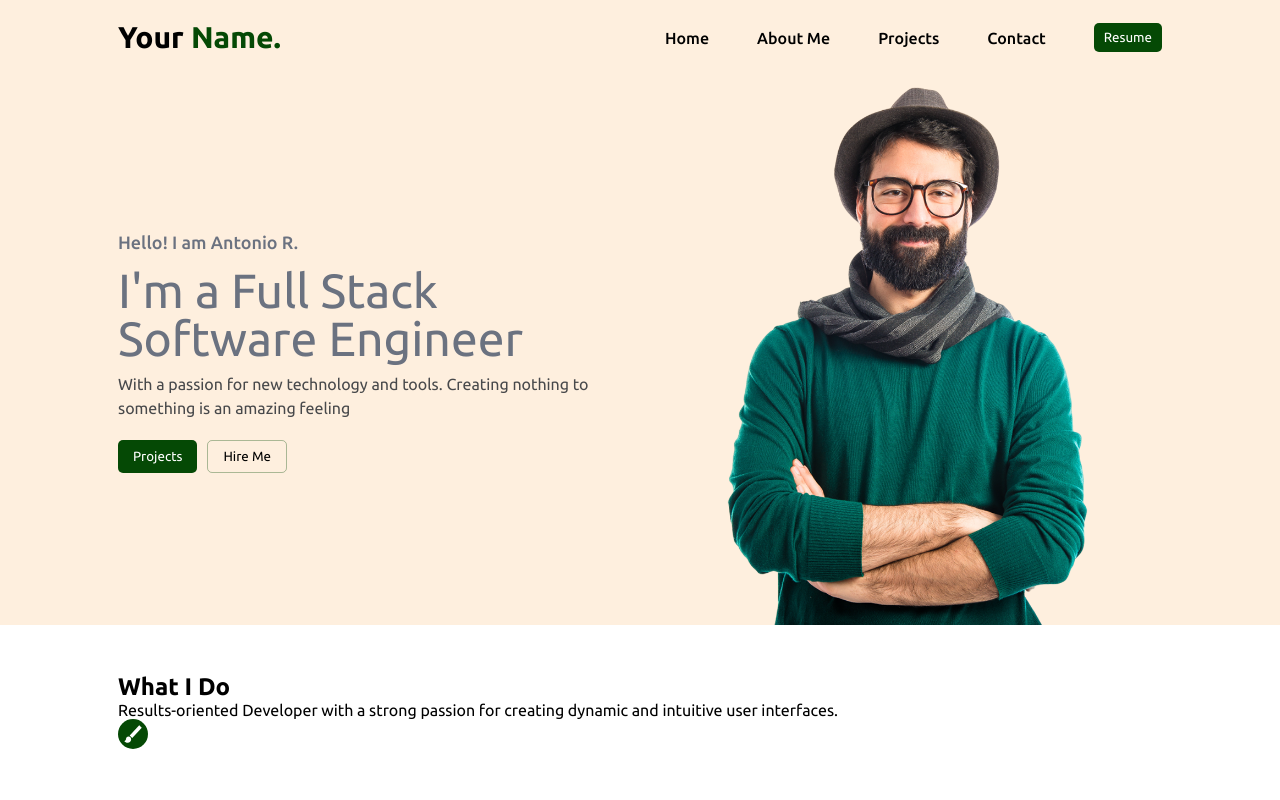
Repository: DevAntonioRogers/vanilla-portfolio
Page: index.html
The author's editor kept a copy of each file at every save. The page is drawn from the files as they stood at one save, then again after the next save.
The browser window is 1280 px wide. The pictures show the whole page.

Above is the page before, as saved 2023-07-14 22:43:30.

### index.html
<!DOCTYPE html>
<html lang="en">
  <head>
    <meta charset="UTF-8" />
    <meta name="viewport" content="width=device-width, initial-scale=1.0" />
    <link rel="stylesheet" href="style.css" />
    <script type="module" src="https://unpkg.com/ionicons@7.1.0/dist/ionicons/ionicons.esm.js"></script>
    <script nomodule src="https://unpkg.com/ionicons@7.1.0/dist/ionicons/ionicons.js"></script>
    <title>Antonio Rogers</title>
  </head>
  <body>
    <nav>
      <div class="container navbar">
        <a href="/" aria-label="Home">
          <h1>Your <span>Name.</span></h1></a
        >
        <ul>
          <li>
            <a href="/" aria-label="Home">Home</a>
          </li>
          <li>
            <a href="/" aria-label="About Me">About Me</a>
          </li>
          <li>
            <a href="/" aria-label="Projects">Projects</a>
          </li>
          <li>
            <a href="/" aria-label="Contact">Contact</a>
          </li>
          <li>
            <a href="/resume.pdf" download aria-label="Download Resume">
              <button class="navbar-button">Resume</button>
            </a>
          </li>
        </ul>
      </div>
    </nav>

    <section class="hero">
      <div class="container hero-container">
        <div class="hero-info">
          <h4>Hello! I am Antonio R.</h4>
          <h1>I'm a Full Stack Software Engineer</h1>
          <p>With a passion for new technology and tools. Creating nothing to something is an amazing feeling</p>

          <div class="hero-btn-container">
            <button>Projects</button>
            <button>Hire Me</button>
          </div>
        </div>

        <div class="hero-image-container">
          <img src="hero.png" alt="" />
        </div>
      </div>
    </section>

    <section class="skills">
      <div class="container skills-container">
        <div class="skills-heading">
          <h2>What I Do</h2>
          <p>
            Results-oriented Developer with a strong passion for creating dynamic and
            <span>intuitive user interfaces</span>.
          </p>
        </div>

        <div>
          <div>
            <ion-icon name="brush-sharp"></ion-icon>
          </div>
        </div>
      </div>
    </section>
  </body>
</html>

### style.css
@import url("https://fonts.googleapis.com/css2?family=Ubuntu:wght@300;400;500;700&display=swap");

* {
  box-sizing: border-box;
  padding: 0;
  margin: 0;
  font-family: "Ubuntu", sans-serif;
}

a {
  text-decoration: none;
  color: inherit;
}

li {
  list-style: none;
}

.container {
  width: 89%;
  margin: auto;
  max-width: 1044px;
}

ion-icon {
  background-color: rgb(5, 73, 5);
  padding: 5px;
  font-size: 20px;
  color: white;
  border-radius: 50px;
}

/* NAVBAR STYLING */

nav {
  background: #feefde;
  padding: 20px 0;
}

.navbar {
  display: flex;
  justify-content: space-between;
  align-items: center;
}

.navbar h1 {
  font-size: 30px;
  font-weight: 700;
}

.navbar span {
  color: rgb(5, 73, 5);
}

.navbar ul {
  display: flex;
  align-items: center;
  gap: 3rem;
}

.navbar ul li {
  font-weight: 500;
}

.navbar-button {
  background-color: rgb(5, 73, 5);
  padding: 7px 10px;
  border-radius: 5px;
  color: white;
  border: none;
}

/* HERO STYLES */

.hero {
  background-color: #feefde;
}

.hero-container {
  display: grid;
  grid-template-columns: repeat(2, minmax(0, 1fr));
  align-items: center;
  gap: 1.5rem;
}

.hero-image-container {
  display: flex;
  justify-content: center;
  align-items: center;
}

.hero-info h4 {
  font-size: 1.12rem;
  line-height: 1.75rem;
  color: #6b7280;
  font-weight: 500;
  margin-bottom: 10px;
}

.hero-info h1 {
  font-size: 3rem;
  line-height: 1;
  color: #6b7280;
  font-weight: 400;
  margin-bottom: 10px;
}

.hero-info p {
  font-size: 1rem;
  line-height: 1.5rem;
  font-weight: 400;
  color: #48494b;
}

.hero-btn-container {
  margin-top: 20px;
  display: flex;
  gap: 10px;
}
.hero-btn-container button:nth-child(1) {
  background-color: rgb(5, 73, 5);
  color: white;
  border: none;
  padding: 8px 15px;
  border-radius: 5px;
}

.hero-btn-container button:nth-child(2) {
  background-color: transparent;
  padding: 8px 15px;
  border-radius: 5px;
  border: solid 1px rgba(5, 73, 5, 0.335);
}

.hero-container img {
  height: 550px;
  position: relative;
}

/* Skills Styles */

.skills {
  padding: 3rem 0;
}

After the next save:
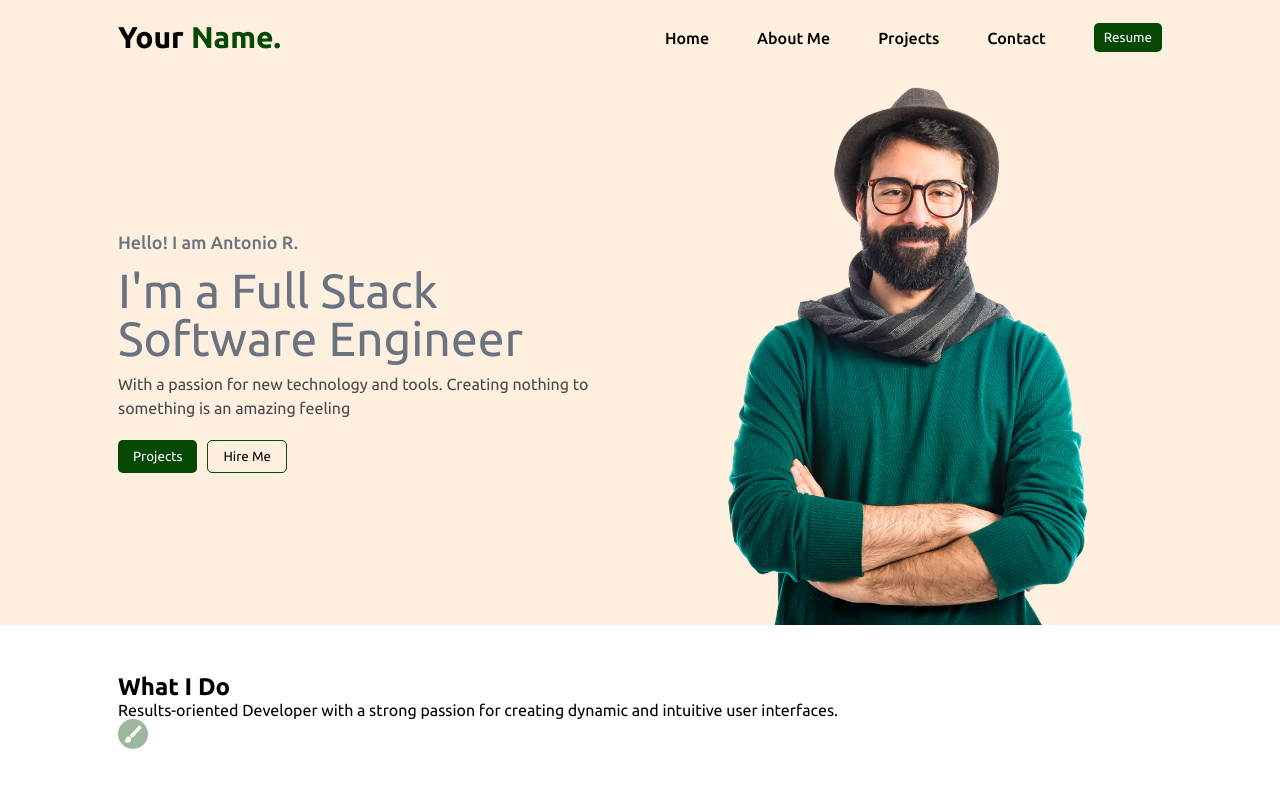
Saved 11 s later.
--- a/style.css
+++ b/style.css
@@ -23,7 +23,7 @@ li {
 }
 
 ion-icon {
-  background-color: rgb(5, 73, 5);
+  background-color: rgba(5, 73, 5, 0.396);
   padding: 5px;
   font-size: 20px;
   color: white;
@@ -129,7 +129,7 @@ nav {
   background-color: transparent;
   padding: 8px 15px;
   border-radius: 5px;
-  border: solid 1px rgba(5, 73, 5, 0.335);
+  border: solid 1px rgb(5, 73, 5);
 }
 
 .hero-container img {
